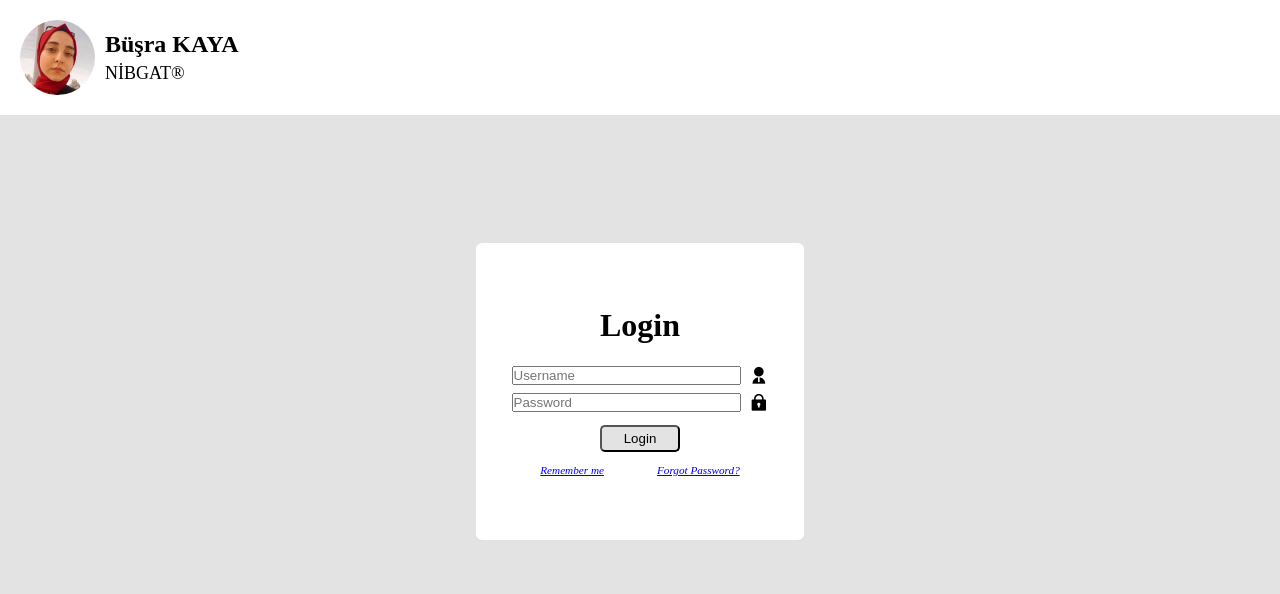
Repository: busra-kayaa/LoginPage
Page: login.html
These files come from the project's save history. The page is drawn as it stood at one moment and after the next save; the edit follows.
The browser window is 1280 px wide. The pictures show the whole page.

Above is the page before, as saved 2024-01-05 09:30:21.

### login.html
<!DOCTYPE html>
<html>
    <head>
        <title>Login Page</title>
        <link rel="stylesheet" href="./style.css" type="text/css"/>
        <link rel="stylesheet" href="https://cdnjs.cloudflare.com/ajax/libs/remixicon/3.5.0/remixicon.css" crossorigin="">

    </head>
    <body>
        <div class="header-container">
            <div
                class="header-left-side-container"
            >
                <img
                    src="./busra.jpg"
                    height="75px"
                    width="75px"
                    class="logo"
                />
                <div class="header-desc-container">
                    <span class="header-title">
                        Büşra KAYA
                    </span>
                    <span class="header-content">
                        NİBGAT®
                    </span>
                </div>
            </div>
        </div>
        <div class="login-from-container">
          <div class ="login-text"><h1>Login</h1></div>
            <div class="input-group1">
                <input
                    type="text"
                    placeholder="Username"
                    class="input-text"
                    autocomplete="off"
                />
                <i class="ri-user-2-fill"></i>
            </div>
            <div class="input-group2">
                <input
                    type="password"
                    placeholder="Password"
                    class="input-text"
                    autocomplete="off"
                />
                <i class="ri-lock-2-fill"></i>
            </div>
            <div class="subgroup">
                <div class="button-group" id="login-button">
                    <button type="submit" class="login__button">Login</button>
                </div>
                <div class="footer">
                    <a href="#" target="_blank">Remember me</a>
                    <a href="#" target="_blank">Forgot Password? </a>
                </div>
            </div>
        </div>
    </body>
</html>

### style.css

* {
    padding: 0;
    margin: 0;
}

body {
    background-color: #e3e3e3;
}

.header-container {
    justify-content: space-between;
    background-color: #ffffff;
    flex-direction: row;
    align-items: center;
    padding: 20px;
    display: flex;
    margin-bottom: 10%;
}
.header-left-side-container {
    flex-direction: row;
    align-items: center;
    display: flex;
}

.logo {
    border-radius: 50%;
    margin-right: 10px;
}

.header-desc-container {
    display: flex;
    flex-direction: column;
}

.header-title {
    display: flex;
    flex-direction:column;
    font-weight: bold;
    font-size: 24px;
    margin-bottom: 5px;
}

.header-content {
    font-weight:normal;
    font-size: 18px;
    color:rgb(0, 0, 0);
}

.login-from-container {
    background-color: #ffffff;
    display: flex;
    border-radius: 2%;
    flex-direction: column;
    align-items: center;
    text-align: center;
    margin: auto;
    width: 200px;
    padding: 5%;
}

.login-text {
    padding-bottom: 15px;
}

.input-group1 {
    display: grid;
    grid-template-columns: 1fr max-content;
    column-gap: .55rem;
    align-items: center;
    margin: 3%;
}

.input-group1 i {
    font-size: 1.20rem;
  }

.input-text {
    width: 225px;
}

.input-group2 {
    display: grid;
    grid-template-columns: 1fr max-content;
    column-gap: .55rem;
    align-items: center;

}
.input-group2 i {
    font-size: 1.20rem;
  }

.login__button {
    width: 40%;
    padding: 2%;
    margin: 6%;
    background-color:#e3e3e3;
    border-radius: 5px;
    cursor: pointer;
  }

.footer {
    display: flex;
    flex-direction:raw;
    font-size: 70%;
    font-style: italic;
    gap: 53px;
}

After the next save:
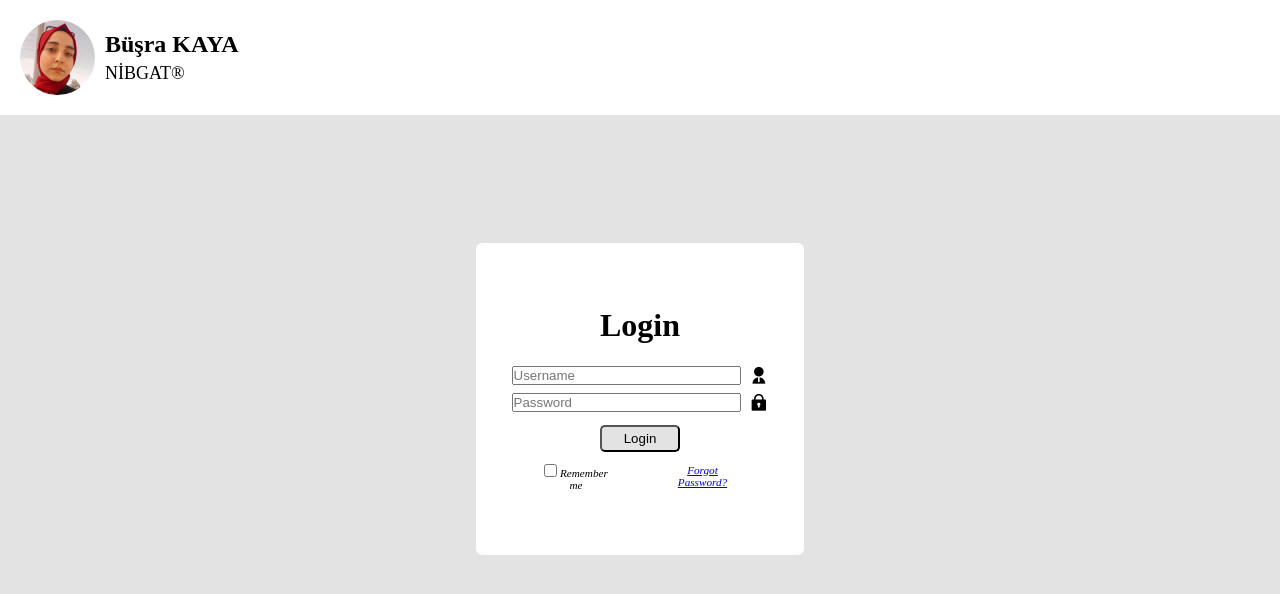
Saved 39 s later.
--- a/login.html
+++ b/login.html
@@ -52,7 +52,10 @@
                     <button type="submit" class="login__button">Login</button>
                 </div>
                 <div class="footer">
-                    <a href="#" target="_blank">Remember me</a>
+                    <div class="login__check-box">
+                        <input type="checkbox" class="login__check-input" id="user-check">
+                        <label for="user-check" class="login__check-label">Remember me</label>
+                     </div>
                     <a href="#" target="_blank">Forgot Password? </a>
                 </div>
             </div>
